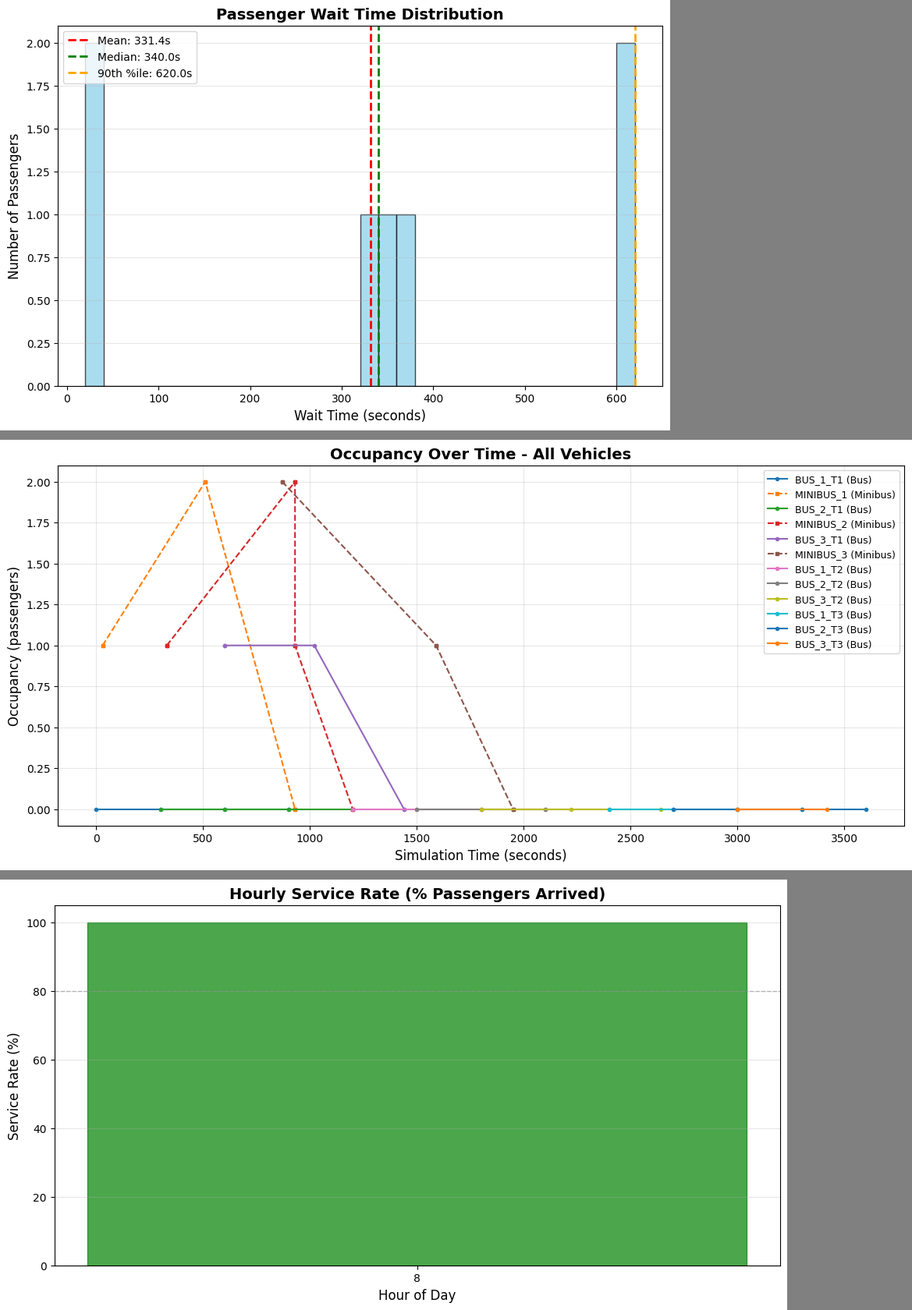
Repository: Jingren-Tang/Minibus_simulation
Script's output: python main.py
These files come from the project's save history. The script's output is drawn as it stood at one moment and after the next save; the edit follows.
The pictures are shown at 78% of full size.
Each picture stacks the figures in order, with grey between them; figures that are only written to a file come last. Random numbers start from a fixed seed. It also reads mockdata/travel_time_matrix.npy.

Above is the script's output before, as saved 2025-12-17 16:20:29.

### config.py
"""
Configuration module for the mixed traffic simulation system.

This module contains all configurable parameters for the simulation,
including time settings, file paths, vehicle configurations, and optimization settings.
All parameters can be modified here without changing the core simulation code.


Config to change: SIMULATION_START_TIME, SIMULATION_END_TIME, STATIONS_FILE, TRAVEL_TIME_MATRIX_FILE,
MATRIX_METADATA_FILE, BUS_SCHEDULE_FILE(mockdata or data)
ENABLE_MINIBUS, MINIBUS_INITIAL_LOCATIONS,
PASSENGER_GENERATION_METHOD: "test" or "od_matrix"

"""

import os
from typing import Dict, Any


# ============================================================================
# TIME SETTINGS
# ============================================================================

# Simulation start time in HH:MM:SS format
SIMULATION_START_TIME = "8:00:00"

# Simulation end time in HH:MM:SS format
SIMULATION_END_TIME = "9:00:00"

# Simulation date in YYYY-MM-DD format
SIMULATION_DATE = "2024-07-25"


# ============================================================================
# DATA FILE PATHS
# ============================================================================

# Path to the stations definition file (JSON format)
STATIONS_FILE = "mockdata/stations.json"

# Path to the travel time matrix (NumPy binary format)
TRAVEL_TIME_MATRIX_FILE = "mockdata/travel_time_matrix.npy"

# Path to the matrix metadata file (JSON format)
MATRIX_METADATA_FILE = "mockdata/matrix_metadata.json"

# Path to the bus schedule file (CSV format)
BUS_SCHEDULE_FILE = "mockdata/bus_schedule.csv"


# ============================================================================
# VEHICLE SETTINGS
# ============================================================================

# Number of buses in the system (loaded from CSV, this is for reference only)
NUM_BUSES = 20

# Maximum passenger capacity for each bus
BUS_CAPACITY = 80

ENABLE_MINIBUS = True

# Number of minibuses in the system
NUM_MINIBUSES = 3

# Maximum passenger capacity for each minibus
MINIBUS_CAPACITY = 6

# Initial station locations for minibuses (must match station IDs)
MINIBUS_INITIAL_LOCATIONS = ['A','B','C']  # Can also be "random"


# ============================================================================
# OPTIMIZER SETTINGS (for Phase 4)
# ============================================================================

# Time interval (in seconds) between optimizer calls
OPTIMIZATION_INTERVAL = 30

# Type of optimizer to use: "external_program", "internal", etc.
OPTIMIZER_TYPE = 'python_module'

# Configuration dictionary for the optimizer


OPTIMIZER_CONFIG = {
    'module_name': 'optimizer.greedy_insertion',
    'function_name': 'greedy_insert_optimize',
    'max_waiting_time': 600.0,
    'max_detour_time': 300.0,
    "max_travel_time_ratio": 2.0,
}

# ============================================================================
# PASSENGER SETTINGS
# ============================================================================

# Maximum time (in seconds) a passenger will wait before abandoning the trip
# Default: 900 seconds = 15 minutes
PASSENGER_MAX_WAIT_TIME = 9000.0


# ============================================================================
# OUTPUT SETTINGS
# ============================================================================

# Directory where simulation results will be saved
OUTPUT_DIR = "mockdata/results/"

# Name of the log file
LOG_FILE = "simulation.log"

# Logging level: DEBUG, INFO, WARNING, ERROR, CRITICAL
LOG_LEVEL = "INFO"

# Whether to save detailed logs (may impact performance)
SAVE_DETAILED_LOGS = True

# OD MATRIX SETTINGS
OD_MATRIX_FILE = "data/od_matrix.npy"
OD_METADATA_FILE = "data/od_metadata.json"

# Passenger generation method: "test", "od_matrix", "file"
PASSENGER_GENERATION_METHOD = "test"

# ============================================================================
# OTHER SETTINGS
# ============================================================================

# Random seed for reproducibility (set to None for non-deterministic behavior)
RANDOM_SEED = 42


# ============================================================================
# UTILITY FUNCTIONS
# ============================================================================

def get_config() -> Dict[str, Any]:
    """
    Package all configuration parameters into a dictionary.

    Returns:
        Dict[str, Any]: Dictionary containing all configuration parameters
    """
    config = {
        # Time settings
        "simulation_start_time": SIMULATION_START_TIME,
        "simulation_end_time": SIMULATION_END_TIME,
        "simulation_date": SIMULATION_DATE,

        # Data file paths
        "stations_file": STATIONS_FILE,
        "travel_time_matrix": TRAVEL_TIME_MATRIX_FILE,
        "matrix_metadata": MATRIX_METADATA_FILE,
        "bus_schedule_file": BUS_SCHEDULE_FILE,  # 改回 bus_schedule_file

        # Vehicle settings
        "num_buses": NUM_BUSES,
        "bus_capacity": BUS_CAPACITY,
        "enable_minibus": ENABLE_MINIBUS,
        "num_minibuses": NUM_MINIBUSES,
        "minibus_capacity": MINIBUS_CAPACITY,
        "minibus_initial_locations": MINIBUS_INITIAL_LOCATIONS,

        # Optimizer settings

        "optimization_interval": OPTIMIZATION_INTERVAL,
        "optimizer_type": OPTIMIZER_TYPE,
        "optimizer_config": OPTIMIZER_CONFIG,

        # Passenger settings
        "passenger_max_wait_time": PASSENGER_MAX_WAIT_TIME,


        # Output settings
        "output_dir": OUTPUT_DIR,
        "log_file": LOG_FILE,
        "log_level": LOG_LEVEL,
        "save_detailed_logs": SAVE_DETAILED_LOGS,

        # OD matrix settings
        "od_matrix_file": OD_MATRIX_FILE,
        "od_metadata_file": OD_METADATA_FILE,
        "passenger_generation_method": PASSENGER_GENERATION_METHOD,

        # Other settings
        "random_seed": RANDOM_SEED
    }

    return config


def validate_config() -> bool:
    """
    Validate the configuration parameters.

    Checks:
    - Required mockdata files exist
    - Output directory is writable
    - Parameter values are within valid ranges
    - Initial minibus locations match the number of minibuses

    Returns:
        bool: True if configuration is valid, False otherwise
    """
    valid = True

    # Check if required mockdata files exist
    required_files = [
        STATIONS_FILE,
        TRAVEL_TIME_MATRIX_FILE,
        MATRIX_METADATA_FILE,
        BUS_SCHEDULE_FILE
    ]

    for file_path in required_files:
        if not os.path.exists(file_path):
            print(f"Warning: Required file not found: {file_path}")
            valid = False

    # Check if output directory exists, create if it doesn't
    if not os.path.exists(OUTPUT_DIR):
        try:
            os.makedirs(OUTPUT_DIR)
            print(f"Created output directory: {OUTPUT_DIR}")
        except Exception as e:
            print(f"Error: Cannot create output directory {OUTPUT_DIR}: {e}")
            valid = False

    # Validate vehicle capacity values
    if BUS_CAPACITY <= 0:
        print("Error: BUS_CAPACITY must be positive")
        valid = False

    if MINIBUS_CAPACITY <= 0:
        print("Error: MINIBUS_CAPACITY must be positive")
        valid = False


    # Validate number of minibuses matches initial locations (only if it's a list)
    if isinstance(MINIBUS_INITIAL_LOCATIONS, list):
        if len(MINIBUS_INITIAL_LOCATIONS) != NUM_MINIBUSES:
            print(f"Warning: Number of initial minibus locations ({len(MINIBUS_INITIAL_LOCATIONS)}) "
                f"does not match NUM_MINIBUSES ({NUM_MINIBUSES})")
            valid = False
    elif MINIBUS_INITIAL_LOCATIONS != "random":
        print(f"Error: MINIBUS_INITIAL_LOCATIONS must be a list or 'random', "
            f"got {MINIBUS_INITIAL_LOCATIONS}")
        valid = False

    # Validate time format (basic check)
    time_fields = [SIMULATION_START_TIME, SIMULATION_END_TIME]
    for time_str in time_fields:
        parts = time_str.split(":")
        if len(parts) != 3:
            print(f"Error: Invalid time format: {time_str} (expected HH:MM:SS)")
            valid = False

    # Validate date format (basic check)
    date_parts = SIMULATION_DATE.split("-")
    if len(date_parts) != 3:
        print(f"Error: Invalid date format: {SIMULATION_DATE} (expected YYYY-MM-DD)")
        valid = False

    # Validate optimization interval
    if OPTIMIZATION_INTERVAL <= 0:
        print("Error: OPTIMIZATION_INTERVAL must be positive")
        valid = False

    # Validate passenger max wait time
    if PASSENGER_MAX_WAIT_TIME <= 0:
        print("Error: PASSENGER_MAX_WAIT_TIME must be positive")
        valid = False

    # Validate log level
    valid_log_levels = ["DEBUG", "INFO", "WARNING", "ERROR", "CRITICAL"]
    if LOG_LEVEL not in valid_log_levels:
        print(f"Error: Invalid LOG_LEVEL: {LOG_LEVEL} (must be one of {valid_log_levels})")
        valid = False

    if valid:
        print("Configuration validation passed")
    else:
        print("Configuration validation failed")

    return valid


# ============================================================================
# MODULE TEST
# ============================================================================

if __name__ == "__main__":
    print("=== Configuration Module Test ===\n")

    print("Current Configuration:")
    config = get_config()
    for key, value in config.items():
        print(f"  {key}: {value}")

    print("\n" + "="*50 + "\n")

    print("Validating configuration...")
    is_valid = validate_config()

    print(f"\nConfiguration is {'valid' if is_valid else 'invalid'}")

Loaded but not shown: mockdata/stations.json (49 lines, source omitted); mockdata/matrix_metadata.json (29 lines, source omitted); simulation/engine.py (1388 lines, source omitted); utils/statistics.py (1249 lines, source omitted); optimizer/greedy_insertion.py (1160 lines, source omitted); optimizer/route_optimizer.py (927 lines, source omitted); vehicles/minibus.py (617 lines, source omitted); network/travel_time_manager.py (478 lines, source omitted); vehicles/bus.py (452 lines, source omitted); network/network.py (404 lines, source omitted); demand/passenger.py (380 lines, source omitted); network/station.py (314 lines, source omitted); demand/od_matrix.py (286 lines, source omitted); simulation/event.py (123 lines, source omitted); mockdata/bus_schedule.csv (34 lines, source omitted); main.py (347 lines, source omitted)

After the next save:
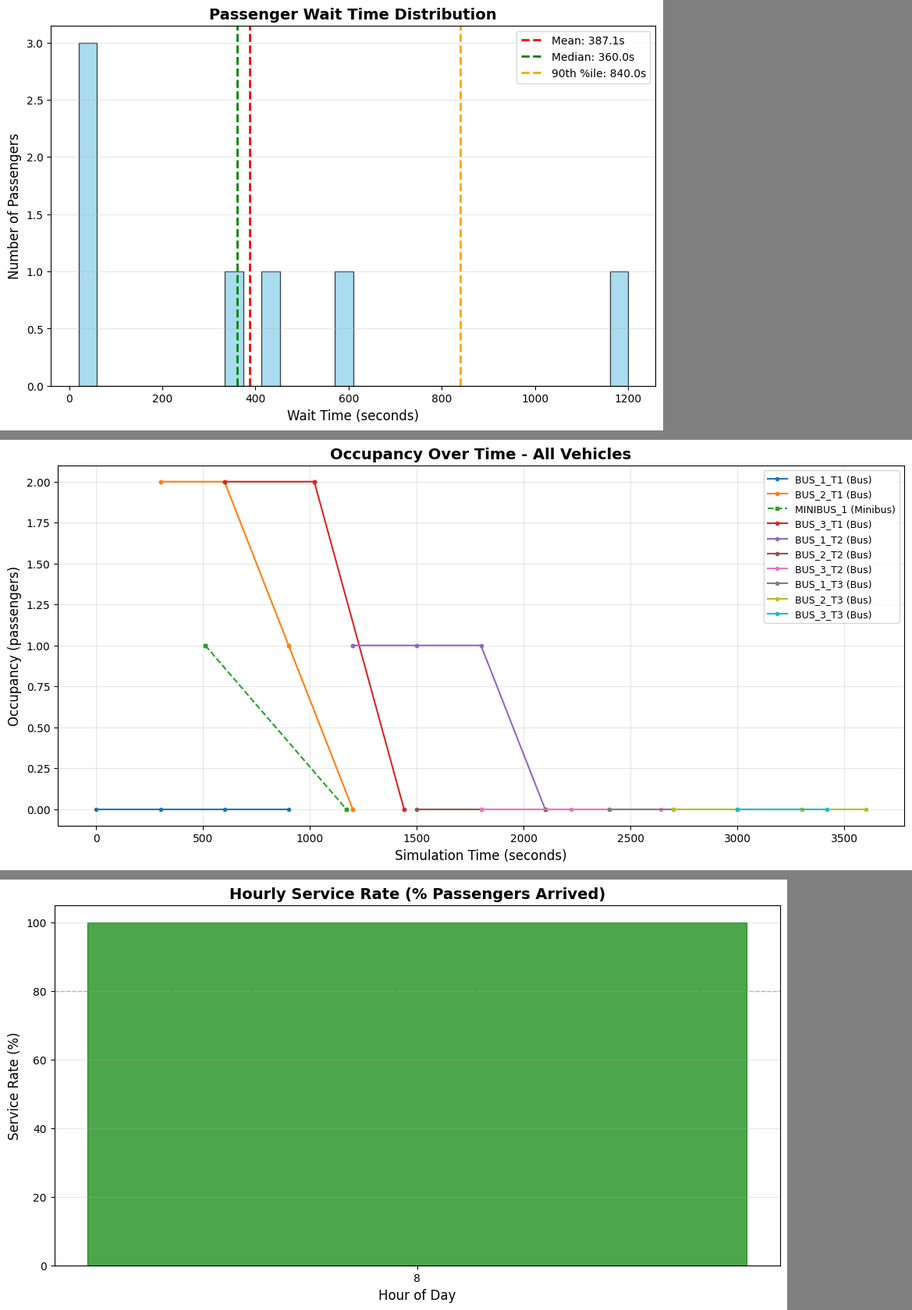
Saved 9 min 35 s later.
--- a/config.py
+++ b/config.py
@@ -86,7 +86,7 @@
 OPTIMIZER_CONFIG = {
     'module_name': 'optimizer.greedy_insertion',
     'function_name': 'greedy_insert_optimize',
-    'max_waiting_time': 600.0,
+    'max_waiting_time': 0.0,
     'max_detour_time': 300.0,
     "max_travel_time_ratio": 2.0,
 }

After the save that followed:
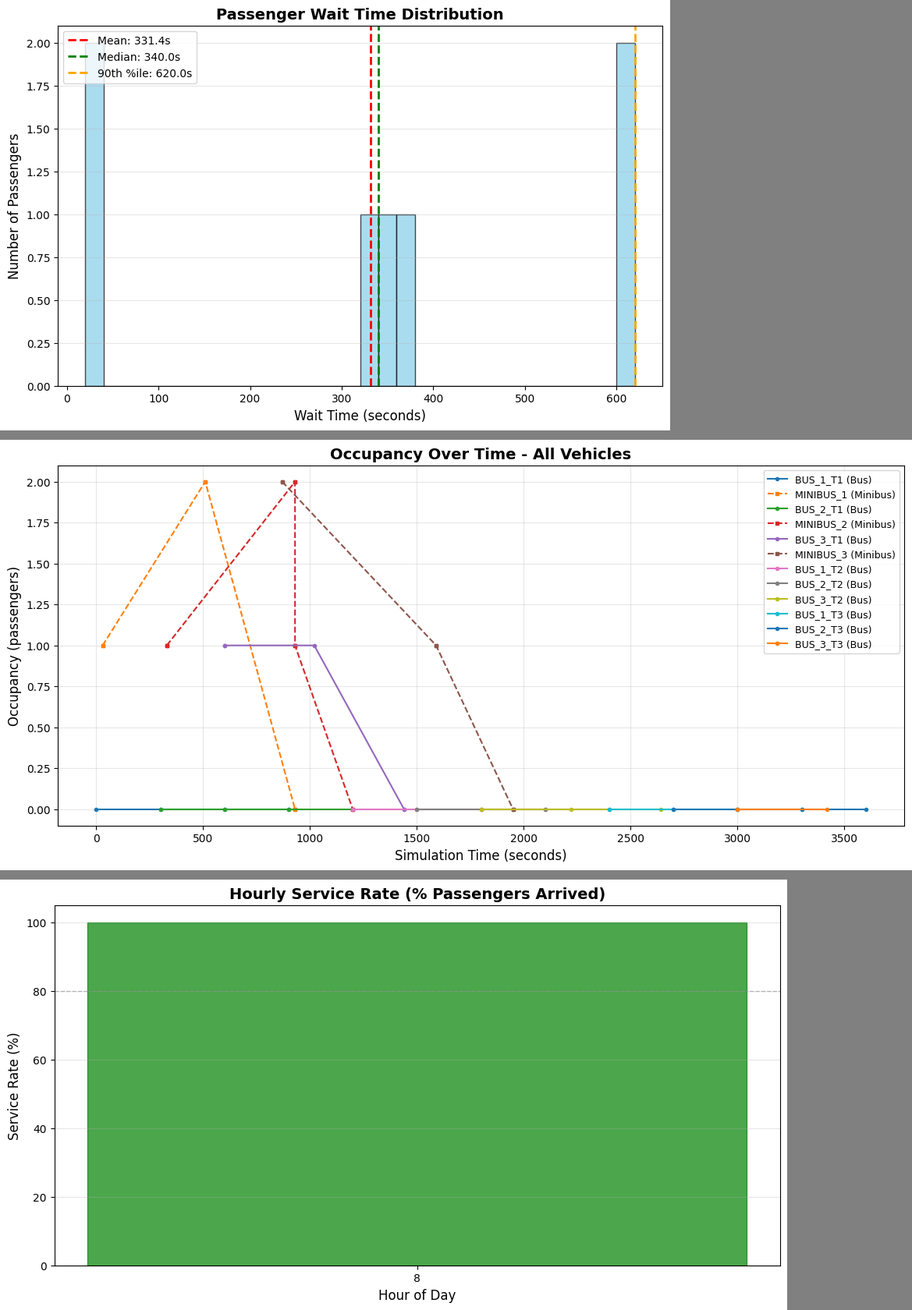
Saved 31 s later.
--- a/config.py
+++ b/config.py
@@ -86,7 +86,7 @@
 OPTIMIZER_CONFIG = {
     'module_name': 'optimizer.greedy_insertion',
     'function_name': 'greedy_insert_optimize',
-    'max_waiting_time': 0.0,
+    'max_waiting_time': 60.0,
     'max_detour_time': 300.0,
     "max_travel_time_ratio": 2.0,
 }
